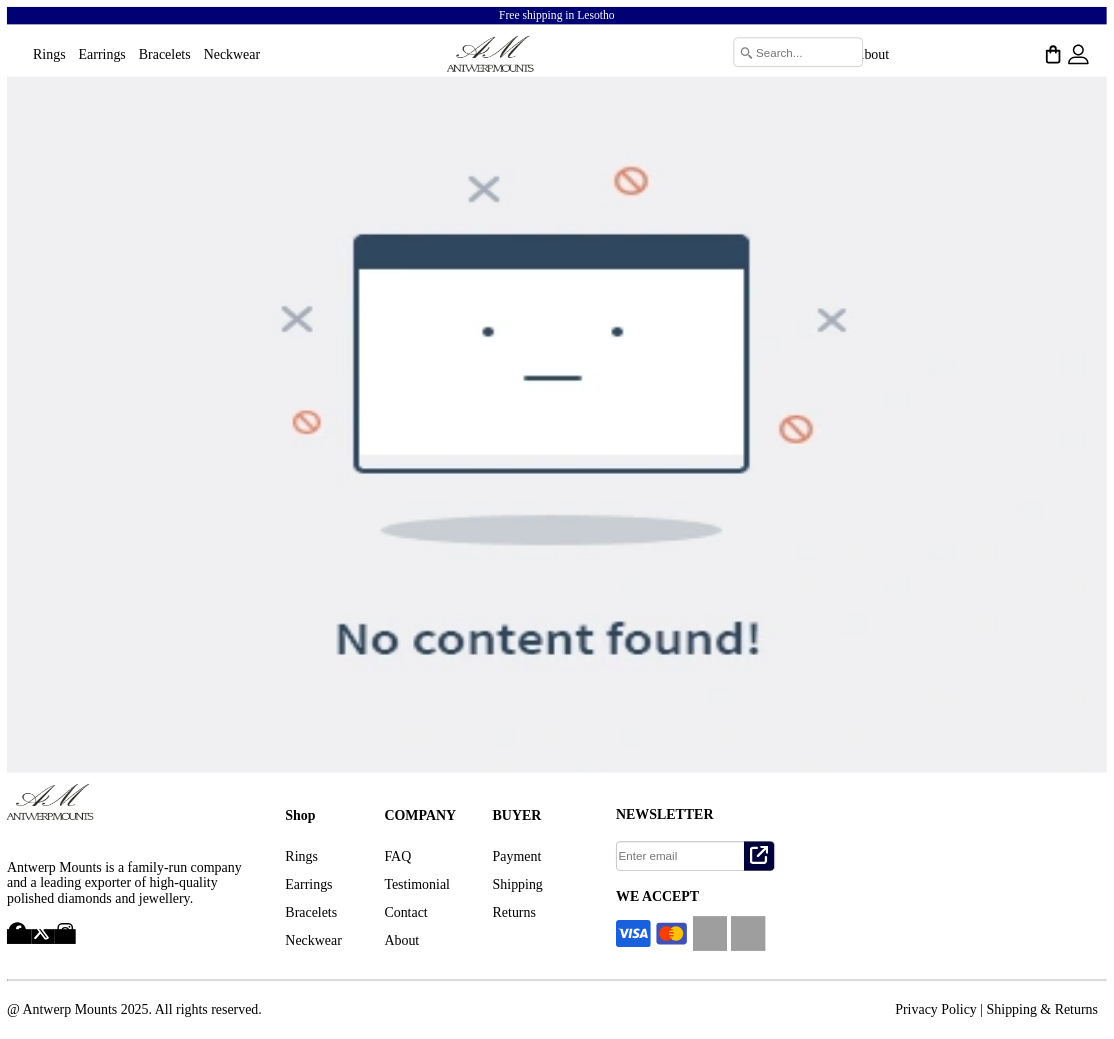
Repository: kea-0424/Web-Development-Project-1
Page: First_collaboration/JewelarySite.html
These files come from the project's save history. The page is drawn as it stood at one moment and after the next save; the edit follows.
The browser window is 1280 px wide. The pictures show the whole page, at 87% of full size.
Pictures or frames that could not be fetched are drawn as grey boxes.

Above is the page before, as saved 2025-01-23 12:12:59.

### First_collaboration/JewelarySite.html
<!DOCTYPE html>
<html lang="en">
<head>
    <meta charset="UTF-8">
    <meta name="viewport" content="width=device-width, initial-scale=1.0">
    <title>Document</title>
    <link rel="stylesheet" href="./JewelarySite.css">
</head>
<body>
    <header>
        <div class="notification">
            <span>Free shipping in Lesotho</span>
        </div>
        <nav>
                <ul class="navigations"  id="right_nav">
                    <li class="navbar_links"><a href="#">Rings</a></li>
                    <li class="navbar_links"><a href="#">Earrings</a></li>
                    <li class="navbar_links"><a href="#">Bracelets</a></li>
                    <li class="navbar_links"><a href="#">Neckwear</a></li>
                </ul>

            <div class="logo_container">
<img src="Main_Logo-removebg-preview.png" alt="Logo" class="main_logo" id="Nav_logo">
            </div>
                <ul class="navigations" id="left_nav">
                    <li class="navbar_links"><a href="#">FAQ</a></li>
                    <li class="navbar_links"><a href="#">Help</a></li>
                    <li class="navbar_links"><a href="#">About</a></li>
                </ul>
                <form action="#">
                    <div class="searchbar_container">
                        <img src="./bx-search-alt-2.svg" alt="icon" class="searchbar_icon">
                        <input class='searchbar' type="text" placeholder="Search...">
                    </div>
                </form>
                <div class="nav_icons">
                    <img src="./cart.svg" alt="Logo" class="icon">
                    <img src="./profile.svg" alt="Logo" class="icon">
                </div>
        </nav>
    </header>
    <main>
        <img src="./NoContent.webp" alt="No_Content" class="No_Content">
    </main>
    <footer>
        <div class="about_us">
            <div class="logo_container">
                <img src="Main_Logo-removebg-preview.png" alt="Logo" class="main_logo">
                            </div>
                            <div class="bio">
                                <p>Antwerp Mounts is a family-run company<br>
                                    and a leading exporter of high-quality<br>
                                   polished diamonds and jewellery.</p>
                            </div>
                                <div class="social_media">
                                    <div class="socials" >
                                        <a href="#"><img src="./bxl-facebook-circle (1).svg" alt="Facebook" id="facebook_link"></a>
                                    </div>
                                    <div class="socials">
                                        <a href="#"><img src="./x-twitter-brands-solid.svg" alt="Twitter" id="X_link"></a>
                                    </div>
                                    <div class="socials">
                                        <a href="#"><img src="./bxl-instagram (1).svg" alt="Instagram" id="instagram_link"></a>
                                    </div>
                                    </div>
        </div>
        <div class="navigation">
            <div class="list1">
                <h4>Shop</h4>
                <ul class="footer_lists">
                    <li><a href="#">Rings</a></li>
                    <li><a href="#">Earrings</a></li>
                    <li><a href="#">Bracelets</a></li>
                    <li><a href="#">Neckwear</a></li>
                </ul>
            </div>
            <div class="list2">
               <h4>COMPANY</h4>
               <ul class="footer_lists">
                <li><a href="#">FAQ</a></li>
                <li><a href="#">Testimonial</a></li>
                <li><a href="#">Contact</a></li>
                <li><a href="#">About</a></li>
               </ul>
            </div>
            <div class="list3">
                <h4>BUYER</h4>
                <ul class="footer_lists">
                    <li><a href="#">Payment</a></li>
                    <li><a href="#">Shipping</a></li>
                    <li><a href="#">Returns</a></li>
                </ul>
            </div>
        </div>
        <div class="Subscription">
            <h4>NEWSLETTER</h4>
            <form action="#">
                <div class="input_container">
                    <input type="text" placeholder="Enter email" class="newsletter_input">
                    <button type="submit" class="submit_btn"><img src="./arrow-up-right-from-square-solid.svg" alt="arrow"></button>
                </div>
            </form>
            <h4>WE ACCEPT</h4>
            <div class="payment_methods">
                <div class="payment_method">
                    <img src="./cc-visa-brands-solid.svg" alt="visa" id="visa">
                </div>
                <div class="payment_method">
                    <img src="mastercard.svg" alt="mastercard" id="mastercard">
                </div>
                <div class="payment_method">
                    <img src="./paypal.svg" alt="paypal" id="paypal">
        </div>
        <div class="payment_method">
            <img src="./skrill.svg" alt="skrill" id="skrill">
        </div>
            </div>
        </div>
        <hr>
        <div class="copyright">
            <p class="left_details">@ Antwerp Mounts 2025. All rights reserved.</p>
            <p class="right_details">Privacy Policy | Shipping & Returns</p>
        </div>
    </footer>
</body>
</html>

### First_collaboration/JewelarySite.css

body {
    box-sizing: border-box;
}
.notification {
    background-color: rgb(0 0 117);
    color: rgb(255 255 255);
    display: flex;
    align-items: center;
    justify-content: center;
    font-size: smaller;
    width: inherit;
    height: 20px;
}
nav {
    display: flex;
    justify-content: space-between;
    /*padding: 10px;*/
}
.main_logo {
    height: 80px;
    width: 100px;
    margin-top: 0;

}
#Nav_logo {
    margin: 0 auto;
    position: absolute;
    left: 40%;
}
.navigations,.navbar_links {
    list-style-type: none;
    display: flex;
    justify-content: space-between;
list-style: none;
text-decoration: none;
color: inherit;
margin-right: 15px;
padding: 0;
}
nav {
    position:relative;
    width: 100%;
    height: 60px
}

a {
    text-decoration: none;
color: inherit;
}
a:hover {
    /*font-size: larger;*/
    transition: font-size 0.2s ease-in-out;
    position: relative;
    /*background-color: blue;*/
    color: rgba(0 0 255 / 0.26);
    border-radius: 3px;
}
main,.No_Content {
    width: 100%;
    height: 800px;
}
.searchbar {
    width: 120px;
    height: 30px;
    border-radius: 5px;
    border: 1px solid #ccc;
    margin-top: 18px;
    padding-left: 25px;
    position: absolute;
    bottom: 1px;
}
.searchbar_container{
/*border: 1px solid red;*/
    width: 120px;
    height: 30px;
    position: relative;
    left: 300px;
    top: 20px;
}
.searchbar_icon{
    position: absolute;
    z-index: 1;
    margin-left: 7px;
    opacity: 0.5;
    height: 17px;
    width: 17px;
    top: 5px;
}
.navbar_links {
    margin-top: 10px;
}
.icon {
    width: 25px;
    height: 25px;
    margin-top: 22px;
}
#left_nav{
    position: absolute;
    right: 220px;
}
#right_nav {
    position: absolute;
    left: 30px;
}
.nav_icons {
    margin-right: 20px;
}
.socials {
    /*border: 1px solid red;*/
    display: inline;
    height: 50px;
    width: 50px;
    background-color: black;
}
.bio {
    /*border: 1px solid red;*/
    display: inline-block;
}
#X_link {
    height: 23px;
    width: 23px;
    border-radius: 50%;
    display: inline-block;
}
/*.list1,.list2,.list3*/.navigation{
    /*border: 1px solid red;*/
    display: inline-block;
    position: absolute;
    left: 320px;
    top: 20px;
box-sizing: border-box;
}
footer {
    /*border: 1px solid red;*/
    position: relative;
}
.list1,.list2,.list3 {
    /*border: 1px solid red;*/
    display: inline-block;
    box-sizing: border-box;
    margin-right: 5px;
}
.list3 {
    position: relative;
    bottom: 32px;
}
.footer_lists {
    position: relative;
    right: 40px;
    list-style: none;
    line-height: 2em;
}
.input_container{
    /*border: 1px solid red;*/
    display: inline;
    height: 33px;
    position: relative;
    border-radius: 5px;
    z-index: 1
}
.newsletter_input {
    height: 30px;
    overflow: hidden;
    border-radius: 5px;
    border: 1px solid rgba(0 0 0 / 0.25);
    /*z-index: 1;*/
}
.submit_btn {
    background-color: rgb(2 2 59);
    border: 1px solid transparent;
    height: 34px;
    width: 35px;
    position: absolute;
right: 1px;
    border-radius:0px 5px 5px 0px;
}
#visa, #mastercard, #paypal, #skrill {
    height: 40px;
    width: 40px;
}
#visa:hover, #mastercard:hover, #paypal:hover, #skrill:hover {
    height: 50px;
    width: 50px;
}
.payment_method {
    /*border: 1px solid red;*/
    display: inline-block;
    position: relative;
    bottom: 8px;
}
.Subscription {
/*border: 1px solid red;*/
display: inline;
position: absolute;
left: 700px;
top:18px;
}
hr {
    margin-top: 40px;
}
.copyright {
   /* border: 1px solid red;*/
    position: relative;
}
.left_details {
    /*border: 1px solid red;*/
    display: inline-block;
}
.right_details {
    /*border: 1px solid red;*/
    display: inline;
    position: absolute;
    right: 10px;
}

After the next save:
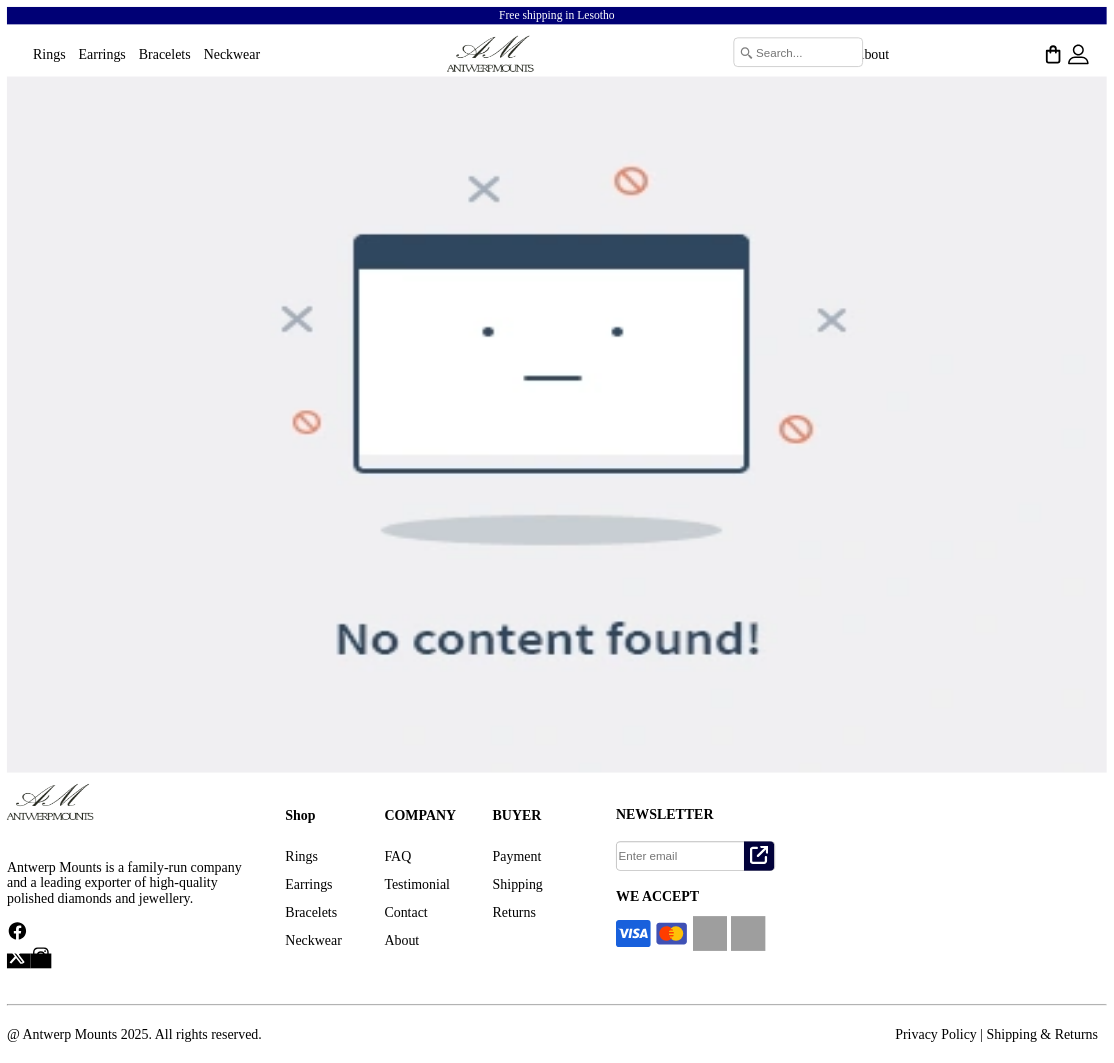
Saved 39 s later.
--- a/First_collaboration/JewelarySite.html
+++ b/First_collaboration/JewelarySite.html
@@ -53,7 +53,7 @@
                                    polished diamonds and jewellery.</p>
                             </div>
                                 <div class="social_media">
-                                    <div class="socials" >
+                                    <div class="socials1" >
                                         <a href="#"><img src="./bxl-facebook-circle (1).svg" alt="Facebook" id="facebook_link"></a>
                                     </div>
                                     <div class="socials">
